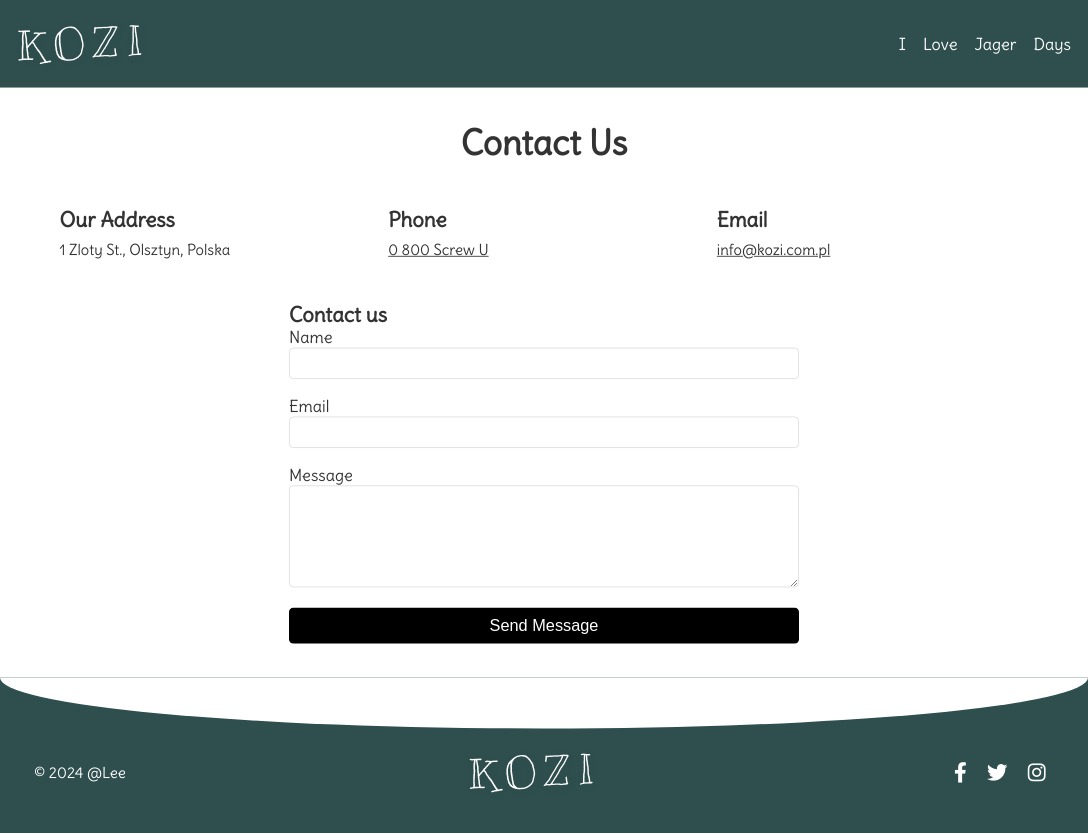
Repository: leerichie/kozi
Page: index.html
These files come from the project's save history. The page is drawn as it stood at one moment and after the next save; the edit follows.
The browser window is 1280 px wide. The pictures show the whole page, at 85% of full size.

Above is the page before, as saved 2024-10-24 19:59:58.

### index.html
<!DOCTYPE html>
<html lang="en">

<head>
    <meta charset="UTF-8">
    <meta name="viewport" content="width=device-width, initial-scale=1.0">
    <meta http-equiv="X-UA-Compatible" content="IE=edge">
    <link rel="stylesheet" href="css/styles.css">
    <link rel="stylesheet" href="https://cdnjs.cloudflare.com/ajax/libs/font-awesome/6.0.0-beta3/css/all.min.css">

    <title>Contact Form</title>
</head>

<body>
    <!-- Navbar -->
    <header class="navbar">
        <div class="logo">
            <!-- <a href="#"><img src="img/logo.png" alt="Logo"></a> -->
            <h1 class="logo-text">Kozi</h1>

        </div>
        <nav>
            <ul class="nav-links">
                <li><a href="#">I</a></li>
                <li><a href="#">Love</a></li>
                <li><a href="#">Jager</a></li>
                <li><a href="#">Days</a></li>
            </ul>
            <div class="hamburger">
                <span class="bar"></span>
                <span class="bar"></span>
                <span class="bar"></span>
            </div>
        </nav>
    </header>

    <!-- Sidebar (hidden by default) -->
    <div class="sidebar">
        <ul class="sidebar-links">
            <li><a href="#">I</a></li>
            <li><a href="#">Love</a></li>
            <li><a href="#">Guiness</a></li>
            <li><a href="#">Days</a></li>
            <li><a href="#">Toooo</a></li>

        </ul>
    </div>

    <!-- Contact Section -->
    <div class="container">
        <div class="contact-header">
            <h1>Contact Us</h1>
        </div>
        <div class="contact-info">
            <div class="address">
                <h2>Our Address</h2>
                <p>1 Zloty St., Olsztyn, Polska</p>
            </div>
            <div class="phone">
                <h2>Phone</h2>
                <p><a href="tel:+123456789">0 800 Screw U</a></p>
            </div>
            <div class="email">
                <h2>Email</h2>
                <p><a href="mailto:info@example.com">info@kozi.com.pl</a></p>
            </div>
        </div>

        <div class="form-container">
            <h2>Contact us</h2>
            <form action="#" method="POST" class="contact-form">
                <div class="form-group">
                    <label for="name">Name</label>
                    <input type="text" id="name" name="name" required>
                </div>
                <div class="form-group">
                    <label for="email">Email</label>
                    <input type="email" id="email" name="email" required>
                </div>
                <div class="form-group">
                    <label for="message">Message</label>
                    <textarea id="message" name="message" required></textarea>
                </div>
                <button type="submit" class="submit-btn">Send Message</button>
            </form>
        </div>
    </div>


    <!-- Footer -->
    <footer class="footer">
        <div class="footer-shape"></div>
        <div class="footer-container">

            <div class="footer-text">
                <p>&copy; 2024 @Lee</p>
            </div>
            <div class="footer-logo">
                <h1 class="logo-text">Kozi</h1>
            </div>
            <div class="footer-social">
                <a href="/" target="_blank"><i class="fab fa-facebook-f"></i></a>
                <a href="/" target="_blank"><i class="fab fa-twitter"></i></a>
                <a href="/" target="_blank"><i class="fab fa-instagram"></i></a>
            </div>
        </div>
    </footer>


    <script src="js/script.js"></script>
</body>

</html>

### css/styles.css
@font-face {
  font-family: "Delius";
  src: url("/fonts/Delius-Regular.ttf") format("truetype");
  font-weight: normal;
  font-style: normal;
}

@font-face {
  font-family: "Merriweather";
  src: url("/fonts/Kranky-Regular.ttf") format("truetype");
  font-weight: bold;
  font-style: normal;
}

@font-face {
  font-family: "Lora";
  src: url("/fonts/LeckerliOne-Regular.ttf") format("truetype");
  font-weight: normal;
  font-style: italic;
}

* {
  margin: 0;
  padding: 0;
  box-sizing: border-box;
}

body {
  font-family: "Delius", sans-serif;
  background-color: #fff;
  color: #333;
}

.logo {
  text-align: center;
}

.logo-text {
  font-family: "Merriweather", serif;
  font-size: 50px;
  letter-spacing: 10px;
  font-weight: bold;
  text-transform: uppercase;
  color: white;
  text-shadow: 2px 2px 10px rgba(0, 0, 0, 0.1);
  transform: rotate(-2deg);
}

/* Nav */
.navbar {
  display: flex;
  justify-content: space-between;
  align-items: center;
  padding: 20px;
  background-color: darkslategray;
  color: #fff;
  position: relative;
  z-index: 1000;
}

.navbar .logo img {
  width: 150px;
}

.navbar nav {
  display: flex;
  align-items: center;
}

.nav-links {
  display: flex;
  list-style: none;
}

.nav-links li {
  margin-left: 20px;
}

.nav-links a {
  text-decoration: none;
  color: #fff;
  font-size: 1.2rem;
  transition: color 0.3s ease;
}

.nav-links a:hover {
  color: #f4a261;
}

/* Hamburger animate - mob */
.hamburger {
  display: none;
  flex-direction: column;
  cursor: pointer;
  transition: all 0.3s ease;
  z-index: 1001;
}

.hamburger .bar {
  width: 25px;
  height: 3px;
  background-color: white;
  margin: 4px 0;
  transition: all 0.3s ease;
  z-index: 1001;
}

.hamburger.active .bar:nth-child(1) {
  transform: rotate(45deg) translate(0, 0);
  width: 20px;
}

.hamburger.active .bar:nth-child(2) {
  opacity: 0;
}

.hamburger.active .bar:nth-child(3) {
  transform: rotate(-45deg) translate(0, 0);
  width: 20px;
}

.hamburger.active .bar {
  height: 4px;
}

/* Sidebar */
.sidebar {
  position: fixed;
  top: 0;
  right: -250px;
  width: 250px;
  height: 100%;
  background-color: darkslategray;
  color: #fff;
  transition: 0.3s;
  padding-top: 60px;
  z-index: 999;
}

.sidebar.active {
  right: 0;
}

.sidebar-links {
  list-style: none;
  padding: 50px 0;
  text-align: center;
}

.sidebar-links li {
  margin: 20px 0;
}

.sidebar-links a {
  text-decoration: none;
  color: #fff;
  font-size: 1.5rem;
  transition: color 0.3s ease;
}

.sidebar-links a:hover {
  color: #f4a261;
}

/* Contact Section */
.container {
  max-width: 1200px;
  margin: 0 auto;
  padding: 40px 20px;
}

.contact-header h1 {
  text-align: center;
  font-size: 2.5rem;
  margin-bottom: 40px;
}

.contact-info {
  display: flex;
  justify-content: space-between;
  flex-wrap: wrap;
  margin-bottom: 40px;
}

.contact-info div {
  flex: 1;
  min-width: 250px;
  margin: 10px;
}

.contact-info h2 {
  font-size: 1.5rem;
  margin-bottom: 10px;
}

.contact-info p,
.contact-info a {
  font-size: 1.1rem;
  color: #333;
}

.form-container {
  max-width: 600px;
  margin: 0 auto;
}

.contact-form {
  display: flex;
  flex-direction: column;
}

.form-group {
  margin-bottom: 20px;
}

.form-group label {
  margin-bottom: 10px;
  font-size: 1.2rem;
}

.form-group input,
.form-group textarea {
  width: 100%;
  padding: 10px;
  border: 1px solid #ddd;
  border-radius: 5px;
}

textarea {
  height: 120px;
}

.submit-btn {
  padding: 10px 20px;
  background-color: #000;
  color: #fff;
  border: none;
  border-radius: 5px;
  font-size: 1.2rem;
  cursor: pointer;
}

.submit-btn:hover {
  background-color: #f4a261;
}

/* Footer Styling */
.footer {
  position: relative;
  background-color: darkslategray;
  color: white;
  text-align: center;
  padding: 80px 20px 40px;
  overflow: hidden;
}

.footer-shape {
  position: absolute;
  top: -60px;
  left: 0;
  width: 100%;
  height: 120px;
  background-color: #fff;
  border-radius: 0 0 100% 100%;
  z-index: 0;
}

.footer-container {
  position: relative;
  z-index: 1;
  display: flex;
  justify-content: space-between;
  align-items: center;
  max-width: 1200px;
  margin: 0 auto;
  flex-wrap: wrap;
}

.footer-logo img {
  width: 100px;
}

.footer-text p {
  font-size: 1.1rem;
  margin: 0;
}

.footer-social a {
  margin: 0 10px;
  color: white;
  font-size: 1.5rem;
  transition: color 0.3s ease;
}

.footer-social a:hover {
  color: #f4a261;
}

.footer-social img {
  width: 25px;
  filter: invert(100%);
}

/* Mob */
@media (max-width: 768px) {
  .hamburger {
    display: flex;
  }

  .nav-links {
    display: none;
  }

  .footer-container {
    flex-direction: row;
    justify-content: space-between;
  }

  .footer-logo {
    flex-grow: 1;
    text-align: center;
  }

  .footer-text {
    text-align: left;
  }

  .footer-social {
    text-align: right;
  }

  .logo-text {
    font-size: 40px;
    letter-spacing: 2px;
  }
}

### js/script.js
const hamburger = document.querySelector('.hamburger');
const sidebar = document.querySelector('.sidebar');

hamburger.addEventListener('click', () => {
    sidebar.classList.toggle('active');
    hamburger.classList.toggle('active');
});

window.addEventListener('scroll', () => {
    sidebar.classList.remove('active');
    hamburger.classList.remove('active');
});

After the next save:
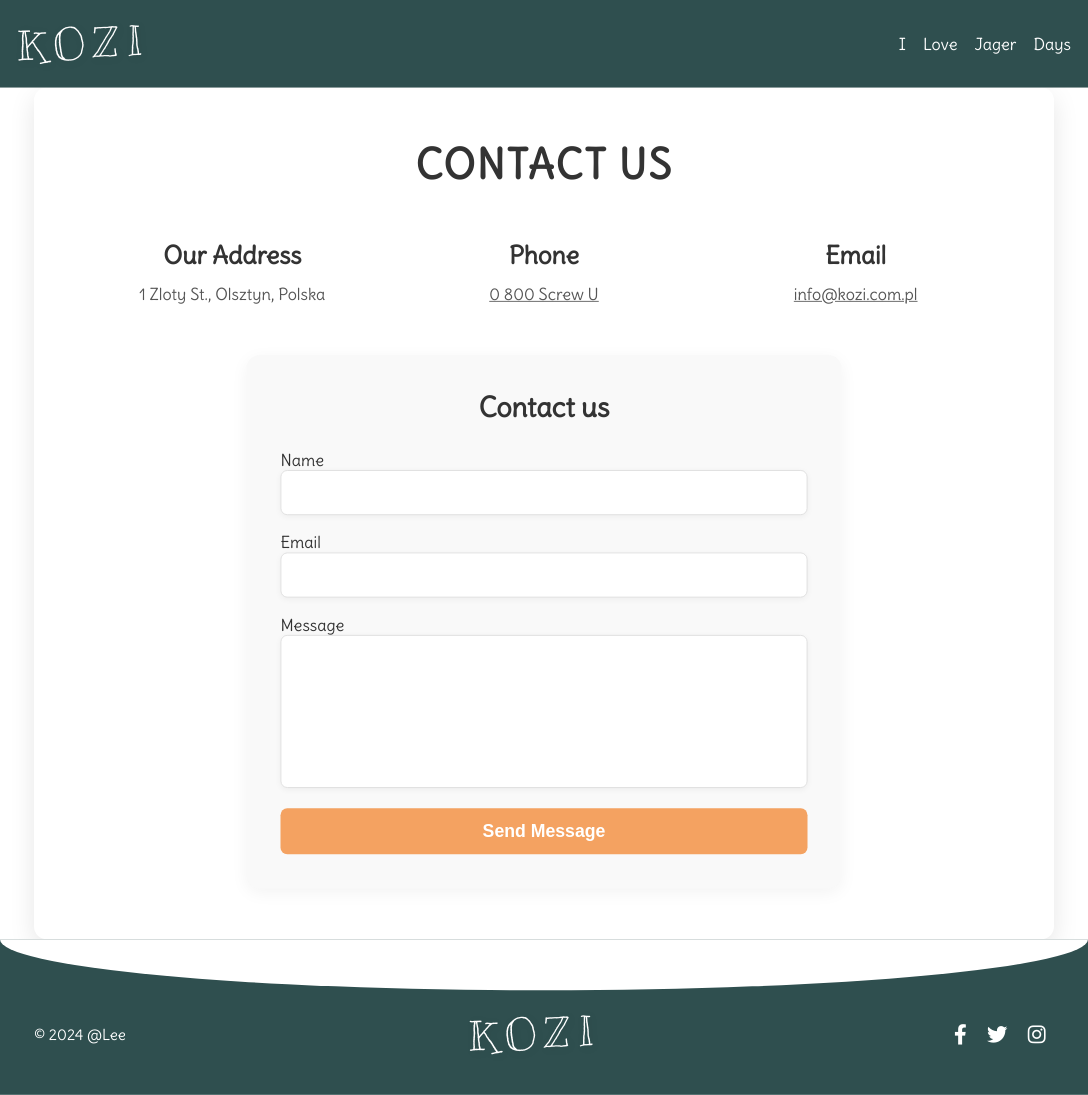
Saved 50 s later.
--- a/css/styles.css
+++ b/css/styles.css
@@ -166,82 +166,130 @@ body {
 .container {
   max-width: 1200px;
   margin: 0 auto;
-  padding: 40px 20px;
+  padding: 60px 20px;
+  background-color: #fff;
+  border-radius: 15px;
+  box-shadow: 0 10px 30px rgba(0, 0, 0, 0.1);
 }
 
 .contact-header h1 {
   text-align: center;
-  font-size: 2.5rem;
-  margin-bottom: 40px;
+  font-size: 3rem;
+  margin-bottom: 50px;
+  color: #333;
+  font-weight: 700;
+  text-transform: uppercase;
+  letter-spacing: 2px;
 }
 
 .contact-info {
   display: flex;
   justify-content: space-between;
   flex-wrap: wrap;
-  margin-bottom: 40px;
+  margin-bottom: 50px;
+  padding: 0 30px;
 }
 
 .contact-info div {
   flex: 1;
-  min-width: 250px;
+  min-width: 280px;
   margin: 10px;
+  text-align: center;
 }
 
 .contact-info h2 {
-  font-size: 1.5rem;
-  margin-bottom: 10px;
+  font-size: 1.8rem;
+  margin-bottom: 15px;
+  color: #333;
 }
 
 .contact-info p,
 .contact-info a {
-  font-size: 1.1rem;
-  color: #333;
-}
-
+  font-size: 1.2rem;
+  color: #555;
+  transition: color 0.3s ease;
+}
+
+.contact-info a:hover {
+  color: #f4a261;
+  text-decoration: none;
+}
+
+/* Form Styling */
 .form-container {
-  max-width: 600px;
+  max-width: 700px;
   margin: 0 auto;
+  background-color: #f9f9f9;
+  padding: 40px;
+  border-radius: 15px;
+  box-shadow: 0 5px 20px rgba(0, 0, 0, 0.05);
+}
+
+.form-container h2 {
+  text-align: center;
+  font-size: 2rem;
+  margin-bottom: 30px;
+  font-weight: 600;
+  color: #333;
 }
 
 .contact-form {
   display: flex;
   flex-direction: column;
-}
-
-.form-group {
-  margin-bottom: 20px;
+  gap: 20px;
 }
 
 .form-group label {
-  margin-bottom: 10px;
   font-size: 1.2rem;
+  font-weight: 500;
+  color: #333;
+  margin-bottom: 5px;
 }
 
 .form-group input,
 .form-group textarea {
   width: 100%;
-  padding: 10px;
+  padding: 15px;
   border: 1px solid #ddd;
-  border-radius: 5px;
+  border-radius: 8px;
+  background-color: #fff;
+  box-shadow: 0 2px 8px rgba(0, 0, 0, 0.05);
+  transition: all 0.3s ease;
+  font-size: 1.1rem;
+}
+
+.form-group input:focus,
+.form-group textarea:focus {
+  outline: none;
+  border-color: #f4a261;
+  box-shadow: 0 0 8px rgba(244, 162, 97, 0.3);
 }
 
 textarea {
-  height: 120px;
+  height: 180px;
+  resize: none;
 }
 
 .submit-btn {
-  padding: 10px 20px;
-  background-color: #000;
-  color: #fff;
+  padding: 15px 25px;
+  background-color: #f4a261;
+  color: white;
   border: none;
-  border-radius: 5px;
-  font-size: 1.2rem;
+  border-radius: 8px;
+  font-size: 1.3rem;
+  font-weight: 600;
   cursor: pointer;
+  transition: background-color 0.3s ease, box-shadow 0.3s ease;
 }
 
 .submit-btn:hover {
-  background-color: #f4a261;
+  background-color: #e97b31;
+  box-shadow: 0 5px 15px rgba(233, 123, 49, 0.3);
+}
+
+.submit-btn:focus {
+  outline: none;
+  background-color: #d16016;
 }
 
 /* Footer Styling */
